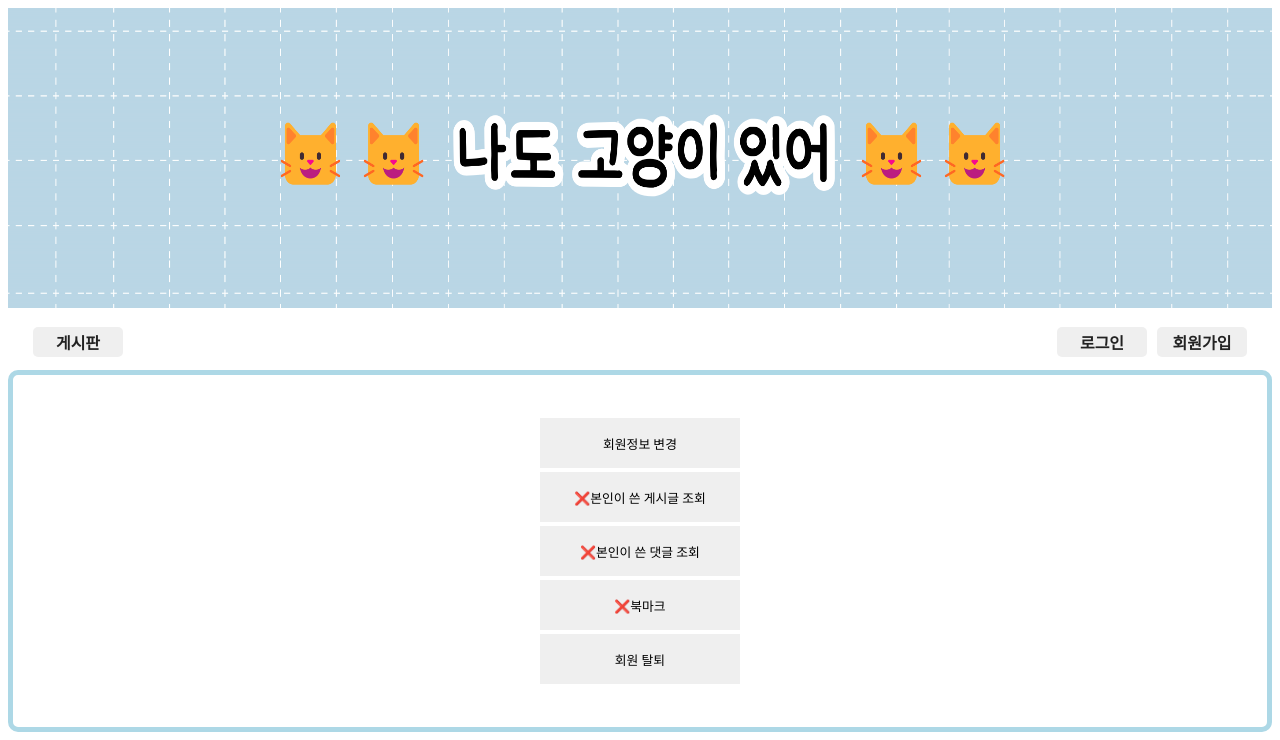
Repository: hh7711/Goit
Page: http://localhost/Goit/WEB-INF/views/myPage.jsp
These files come from the project's save history. The page is drawn as it stood at one moment and after the next save; the edit follows.
The browser window is 1280 px wide. The pictures show the whole page.
Some web fonts or font styles are not loaded; a fallback is used. The page is served by Tomcat 9. Nobody is signed in. The template is opened directly, without the code that normally fills it, so the values that code supplies are empty.

Above is the page before, as saved 2023-08-06 14:18:52.

After the next save:
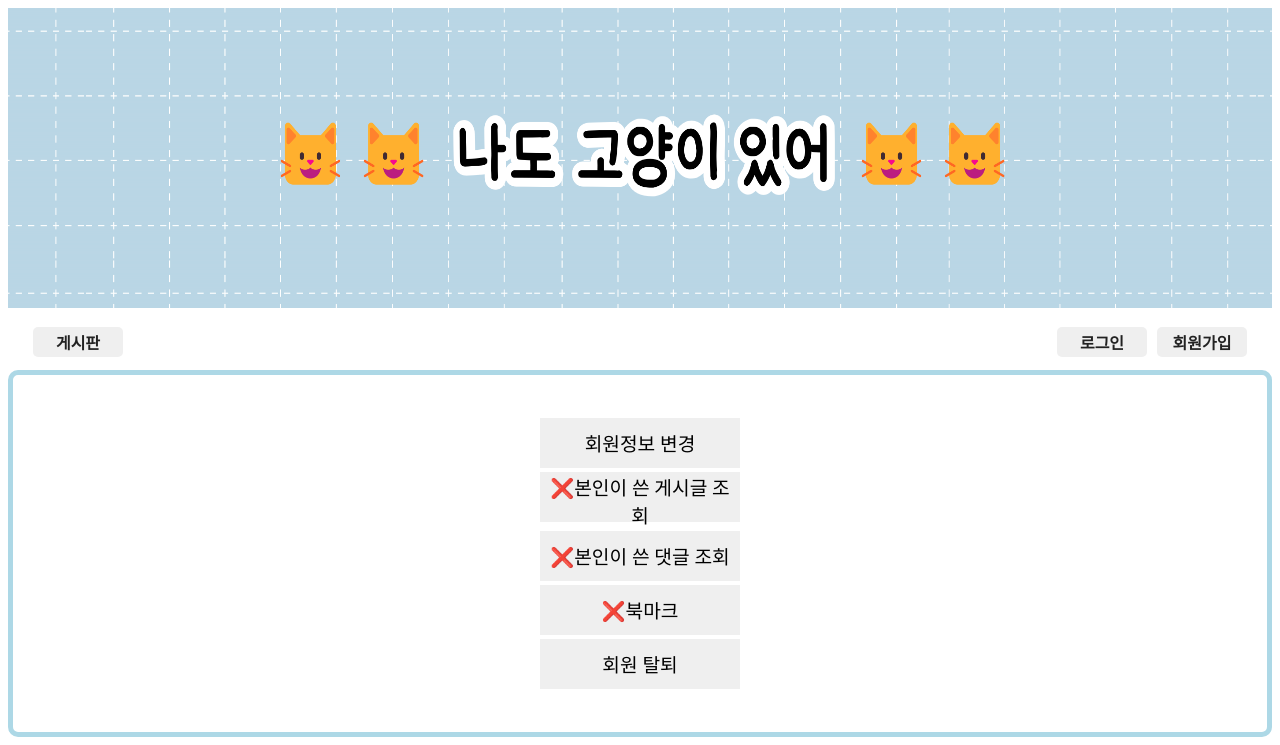
Saved 10 s later.
--- a/Goit/src/main/webapp/WEB-INF/views/myPage.jsp
+++ b/Goit/src/main/webapp/WEB-INF/views/myPage.jsp
@@ -56,7 +56,7 @@
         	border: none;
         	width: 200px;
         	height: 50px;
-        	font-size: 0.8em;
+        	font-size: 1.2em;
         }
 	</style>
 </head>
